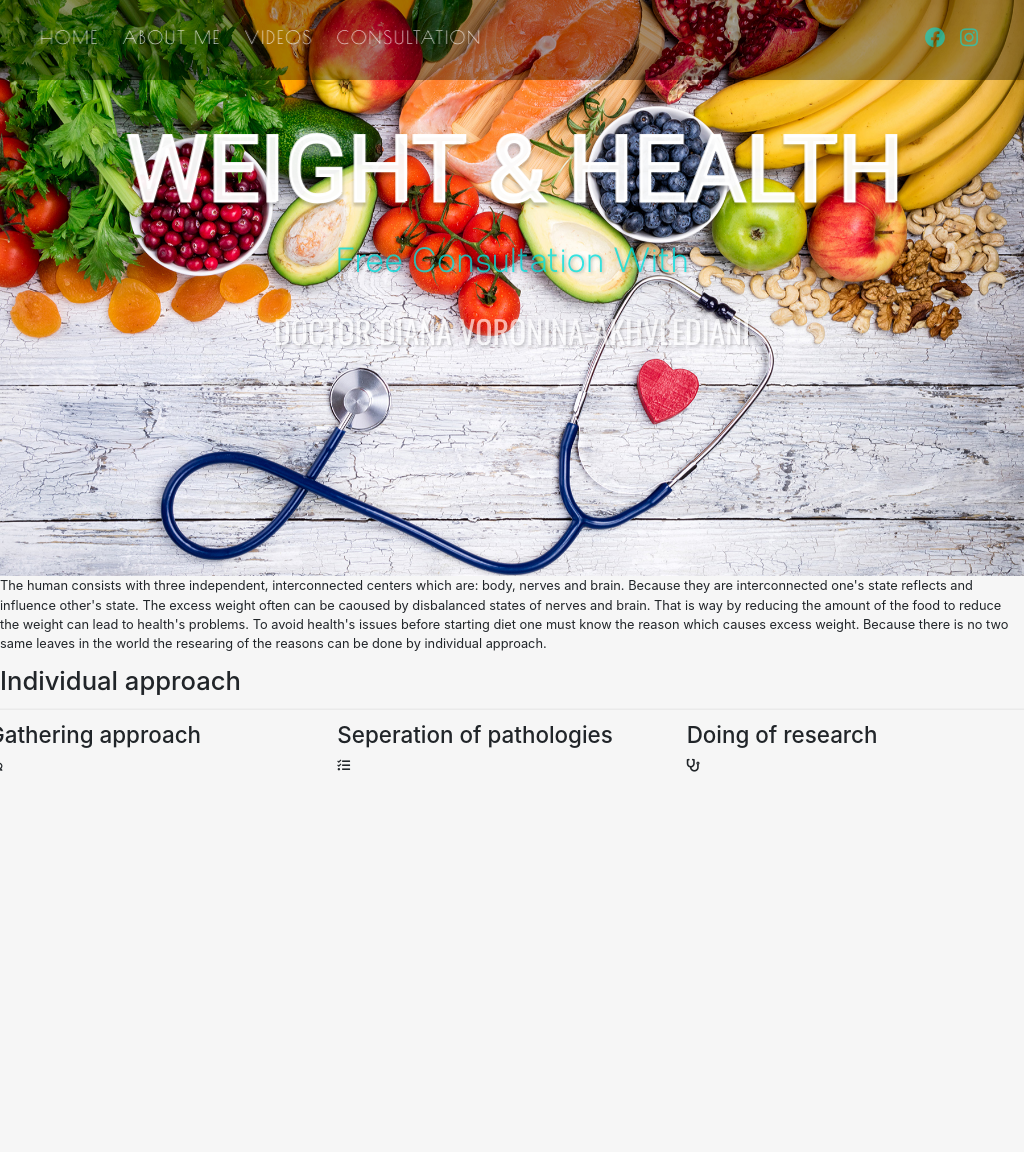
Repository: Aleksandre19/cv-ucmp
Page: index.html
The author's editor kept a record of every edit. The page is drawn from the files as they stood at one moment, then again after the next edit.
The browser window is 1280 px wide. The pictures show the whole page, at 80% of full size.
Backgrounds fixed to the window are drawn as part of the page. Some web libraries are served in a nearby version.

Above is the page before.

### index.html
<!DOCTYPE html>
<html lang="en">

<head>
    <meta charset="UTF-8">
    <meta name="viewport" content="width=device-width, initial-scale=1.0">
    <meta http-equiv="X-UA-Compatible" content="ie=edge">
    <link rel="stylesheet" href="https://stackpath.bootstrapcdn.com/bootstrap/4.4.1/css/bootstrap.min.css" integrity="sha384-Vkoo8x4CGsO3+Hhxv8T/Q5PaXtkKtu6ug5TOeNV6gBiFeWPGFN9MuhOf23Q9Ifjh" crossorigin="anonymous">
    <link rel="stylesheet" href="https://cdnjs.cloudflare.com/ajax/libs/hover.css/2.3.1/css/hover-min.css" type="text/css" />
    <link rel="stylesheet" href="https://cdnjs.cloudflare.com/ajax/libs/font-awesome/5.11.2/css/all.min.css" type="text/css" />
    <link rel="stylesheet" href="assets/css/style.css" type="text/css" />
    <title>Document</title>


</head>

<body>



    <!-- HEADER -->
    <header class="container-fluid header no-gutters">
        <div class="row menuSlWrapper">

            <!-- TOP MAIN MENU -->
            <div class="col-8 col-sm-9 col-md-10 top-menu-wrapper">
                <nav class="navbar navbar-expand-md navbar-light main-menu">
                    <button class="navbar-toggler purple darken-3" type="button" data-toggle="collapse" data-target="#mainMenuDropdown" aria-controls="mainMenuDropdown" aria-expanded="false" aria-label="Toggle navigation">
                        <span class="navbar-toggler-icon"></span>
                    </button>
                    <div class="collapse navbar-collapse" id="mainMenuDropdown">
                        <ul class="navbar-nav mr-auto  ">
                            <li class="navbar-item"><a href="#" class="hvr-float ">home</a></li>
                            <li class="navbar-item"><a href="#" class="hvr-float">about me</a></li>
                            <li class="navbar-item"><a href="#" class="hvr-float">videos</a></li>
                            <li class="navbar-item"><a href="#" class="hvr-float">consultation</a></li>
                        </ul>
                    </div>
                </nav>
            </div>
            <!-- / TOP MAIN MENU -->

            <!-- TOP SOCIAL LINKS -->
            <div class="col-4 col-sm-3 col-md-2 social-links">
                <div class="row">
                    <div class="sl-wrapper">
                        <a href="http://www.facebook.com" target="_blank"><i class="fab fa-facebook"></i></a>
                        <a href="http://www.instagram.com" target="_blank"><i class="fab fa-instagram"></i></a>
                    </div>
                </div>
            </div>
            <!-- /TOP SOCIAL LINKS -->

        </div>
    </header>
    <!-- /HEADER -->


    <section class="container-fluid sections ">
        <!-- Here goes background slideshow's images -->
        <div class="container-fluid slideshow">

            <!-- /Welcoming text animations's container-->
        </div>
    </section>
    <div class="text-container">
        <!-- Welcoming text animations's container-->
        <div id="wh-container">
            <!-- Weight & Health's svg file container  -->
            <!-- Weight & Health's svg file -->
            <svg id="logo" width="100%" height="97" viewBox="0 0 973 97" fill="none" xmlns="http://www.w3.org/2000/svg">
                        <g filter="url(#filter0_d)">
                            <path d="M31.1216 59.2261L32.6938 70.0073L34.9961 60.293L51.168 3.24219H60.2646L76.0435 60.293L78.2896 70.1758L80.0303 59.1699L92.7207 3.24219H103.558L83.7363 85H73.9097L57.064 25.4224L55.7725 19.1895L54.481 25.4224L37.0176 85H27.1909L7.42529 3.24219H18.2065L31.1216 59.2261Z" stroke="white" stroke-width="4" mask="url(#path-1-outside-1)"/>
                            <path d="M161.788 47.2095H126.356V76.1841H167.516V85H115.575V3.24219H166.954V12.1143H126.356V38.3936H161.788V47.2095Z" stroke="white" stroke-width="4" mask="url(#path-1-outside-1)"/>
                            <path d="M192.503 85H181.722V3.24219H192.503V85Z" stroke="white" stroke-width="4" mask="url(#path-1-outside-1)"/>
                            <path d="M272.633 74.2749C269.863 78.243 265.988 81.2191 261.009 83.2031C256.068 85.1497 250.303 86.123 243.714 86.123C237.051 86.123 231.136 84.5695 225.97 81.4624C220.804 78.3179 216.799 73.8631 213.954 68.0981C211.146 62.3332 209.705 55.651 209.63 48.0518V40.9204C209.63 28.6043 212.494 19.0584 218.221 12.2827C223.986 5.507 232.072 2.11914 242.479 2.11914C251.014 2.11914 257.883 4.30908 263.087 8.68896C268.29 13.0314 271.472 19.2082 272.633 27.2192H261.852C259.83 16.4006 253.391 10.9912 242.535 10.9912C235.31 10.9912 229.826 13.5368 226.083 18.6279C222.376 23.6816 220.505 31.0189 220.467 40.6396V47.3218C220.467 56.4933 222.564 63.7931 226.756 69.2212C230.949 74.6118 236.62 77.3071 243.771 77.3071C247.813 77.3071 251.351 76.8579 254.383 75.9595C257.416 75.061 259.924 73.5449 261.908 71.4111V53.0493H242.984V44.2896H272.633V74.2749Z" stroke="white" stroke-width="4" mask="url(#path-1-outside-1)"/>
                            <path d="M353.492 85H342.655V47.2095H301.439V85H290.658V3.24219H301.439V38.3936H342.655V3.24219H353.492V85Z" stroke="white" stroke-width="4" mask="url(#path-1-outside-1)"/>
                            <path d="M427.445 12.1143H401.166V85H390.44V12.1143H364.217V3.24219H427.445V12.1143Z" stroke="white" stroke-width="4" mask="url(#path-1-outside-1)"/>
                            <path d="M462.035 63.0444C462.035 59.1138 463.12 55.5013 465.292 52.207C467.5 48.9128 471.693 45.0757 477.87 40.6958C474.238 36.2785 471.805 32.7222 470.57 30.0269C469.334 27.3315 468.717 24.6549 468.717 21.9971C468.717 15.7829 470.551 10.9163 474.22 7.39746C477.888 3.87858 482.867 2.11914 489.156 2.11914C494.771 2.11914 499.413 3.76628 503.082 7.06055C506.751 10.3174 508.585 14.4352 508.585 19.4141C508.585 22.7083 507.743 25.7593 506.058 28.5669C504.411 31.3371 501.51 34.257 497.354 37.3267L491.346 41.7627L509.54 63.4937C512.085 58.6271 513.358 53.2178 513.358 47.2656H522.735C522.735 56.8115 520.433 64.729 515.829 71.0181L527.508 85H515.042L509.596 78.5425C506.826 81.0132 503.569 82.9036 499.825 84.2139C496.119 85.4867 492.338 86.123 488.482 86.123C480.509 86.123 474.107 84.008 469.278 79.7778C464.449 75.5477 462.035 69.9699 462.035 63.0444ZM488.482 77.644C493.985 77.644 499.02 75.5477 503.587 71.355L483.653 47.4902L481.8 48.8379C475.549 53.4424 472.423 58.1779 472.423 63.0444C472.423 67.4618 473.845 70.9993 476.69 73.6572C479.573 76.3151 483.504 77.644 488.482 77.644ZM479.105 21.6602C479.105 25.2539 481.314 29.7461 485.731 35.1367L492.357 30.4761C494.903 28.6792 496.643 26.9759 497.579 25.3662C498.515 23.7191 498.983 21.735 498.983 19.4141C498.983 16.9059 498.047 14.8283 496.175 13.1812C494.304 11.4966 491.945 10.6543 489.1 10.6543C486.03 10.6543 483.597 11.7025 481.8 13.7988C480.003 15.8577 479.105 18.4782 479.105 21.6602Z" stroke="white" stroke-width="4" mask="url(#path-1-outside-1)"/>
                            <path d="M628.751 85H617.914V47.2095H576.698V85H565.917V3.24219H576.698V38.3936H617.914V3.24219H628.751V85Z" stroke="white" stroke-width="4" mask="url(#path-1-outside-1)"/>
                            <path d="M694.112 47.2095H658.68V76.1841H699.84V85H647.899V3.24219H699.278V12.1143H658.68V38.3936H694.112V47.2095Z" stroke="white" stroke-width="4" mask="url(#path-1-outside-1)"/>
                            <path d="M758.407 63.6621H724.154L716.461 85H705.343L736.563 3.24219H745.997L777.274 85H766.212L758.407 63.6621ZM727.411 54.79H755.206L741.28 16.5503L727.411 54.79Z" stroke="white" stroke-width="4" mask="url(#path-1-outside-1)"/>
                            <path d="M799.117 76.1841H837.862V85H788.28V3.24219H799.117V76.1841Z" stroke="white" stroke-width="4" mask="url(#path-1-outside-1)"/>
                            <path d="M891.151 12.1143H864.872V85H854.146V12.1143H827.923V3.24219H891.151V12.1143Z" stroke="white" stroke-width="4" mask="url(#path-1-outside-1)"/>
                            <path d="M966.114 85H955.277V47.2095H914.061V85H903.28V3.24219H914.061V38.3936H955.277V3.24219H966.114V85Z" stroke="white" stroke-width="4" mask="url(#path-1-outside-1)"/>
                        </g>
                        <defs>
                            <filter id="filter0_d" x="0.884155" y="0.119141" width="971.23" height="96.0039" filterUnits="userSpaceOnUse" color-interpolation-filters="sRGB">
                                <feFlood flood-opacity="0" result="BackgroundImageFix"/>
                                <feColorMatrix in="SourceAlpha" type="matrix" values="0 0 0 0 0 0 0 0 0 0 0 0 0 0 0 0 0 0 127 0"/>
                                <feOffset dy="4"/>
                                <feGaussianBlur stdDeviation="2"/>
                                <feColorMatrix type="matrix" values="0 0 0 0 0 0 0 0 0 0 0 0 0 0 0 0 0 0 0.20 0"/>
                                <feBlend mode="normal" in2="BackgroundImageFix" result="effect1_dropShadow"/>
                                <feBlend mode="normal" in="SourceGraphic" in2="effect1_dropShadow" result="shape"/>
                            </filter>
                        </defs>
                    </svg>
            <!-- /Weight & Health's svg file -->
            <span class="sr-only"> Weight & Health </span>
            <!-- Span for screen reader -->
        </div>
        <!-- Weight & Health's svg file container  -->

        <!-- Consultation section -->
        <div id="free-consultation-text">
            <h1>Free Consultation With </h1>
        </div>
        <!-- /Consultation section -->

        <!-- Diana's section -->
        <div id="diana">
            <h2>
                Doctor Diana Voronina-Akhvlediani
            </h2>
        </div>
        <!--/ Diana's section -->

        <p><button class="btn btn-lg btn-signUp" data-toggle="modal" data-target="#signUpModal">Sign Up</button></p>
        <!-- Sing up button -->

    </div>


    <!-- Individual approach section-->
    <section class="sections">

        <article class="description">
            <p>
                The human consists with three independent, interconnected centers which are: body, nerves and brain.
                Because they are interconnected one's state reflects and influence other's state.
                The excess weight often can be caoused by disbalanced states of nerves and brain.
                That is way by reducing the amount of the food to reduce the weight can lead to health's problems.
                To avoid health's issues before starting diet one must know the reason which causes excess weight.
                Because there is no two same leaves in the world the researing of the reasons can be done by individual approach.
            </p>

            <h2 class="section-title individual-title">
                Individual approach
                <hr class="section-title-underline individual-title-underline">
            </h2>
        </article>
        <div class="container-fluid approach-steps-wrapper">
            <div class="row">
                <div class="col-sm-4 approach-steps gathering-information">
                    <div class="row">
                        <article>
                            <h3 class="steps-title gathering-title">
                                Gathering approach
                            </h3>
                            <i class="far fa-comments"></i>
                            <p class="steps-text gathering-text">

                            </p>
                        </article>
                    </div>
                </div>

                <div class="col-sm-4 approach-steps separation">
                    <div class="row">
                        <article>
                            <h3 class="steps-title separation-title">
                                Seperation of pathologies
                            </h3>
                            <i class="fas fa-tasks"></i>
                            <p class="steps-text separation-text">

                            </p>
                        </article>
                    </div>
                </div>

                <div class="col-sm-4 approach-steps research">
                    <div class="row">
                        <article>
                            <h3 class="steps-title research-title">
                                Doing of research
                            </h3>
                            <i class="fas fa-stethoscope"></i>
                            <p class="steps-text research-text">

                            </p>
                        </article>
                    </div>
                </div>
            </div>
        </div>

    </section>
    <!-- /Individual approach section-->


    <!-- About Me section-->
    <section>

    </section>
    <!-- /About Me section-->


    <!-- Videos section-->
    <section>

    </section>
    <!-- /Videos section-->


    <!-- Feedbacks section-->
    <section>

    </section>
    <!-- /Feedbacks section-->


    <!-- Consultation's section-->
    <section>

    </section>
    <!-- /Consultation's section-->


    <!-- footer section -->
    <footer>

    </footer>
    <!-- /footer section -->

    <!-- / All site wrapper div -->

    <!-- Sign up pop up -->
    <div id="modalContainer">
        <div class="modal" tabindex="-1" role="dialog" id="signUpModal">
            <div class="modal-dialog" role="document">
                <div class="modal-content">
                    <div class="modal-header">

                        <h3>
                            For more information please fill the from below and i will reach you within 24 hours.
                        </h3>

                        <button type="button" class="close" data-dismiss="modal" aria-label="Close">
                              <span aria-hidden="true">&times;</span>
                        </button>
                    </div>
                    <div class="modal-body">
                        <form>
                            <div class="form-group">
                                <label for="formGroupExampleInput">Example label</label>
                                <input type="text" class="form-control" id="formGroupExampleInput">
                            </div>
                            <div class="form-group">
                                <label for="exampleInputEmail1">Email address</label>
                                <input type="email" class="form-control" id="exampleInputEmail1" aria-describedby="emailHelp">
                                <small id="emailHelp" class="form-text text-muted">I'll never share your email with anyone else.</small>
                            </div>
                            <div class="form-group">
                                <label for="exampleFormControlTextarea1">Example textarea</label>
                                <textarea class="form-control" id="exampleFormControlTextarea1" rows="3"></textarea>
                            </div>
                            <div class="btn-moddal-wrapper">
                                <button type="submit" class="btn btn-modal">SEND</button>
                                </p>
                        </form>

                        </div>
                    </div>
                </div>
            </div>
            <!-- /Sign up pop up -->

            <!-- Bootstrap's javascript links-->
            <script src="https://code.jquery.com/jquery-3.4.1.slim.min.js" integrity="sha384-J6qa4849blE2+poT4WnyKhv5vZF5SrPo0iEjwBvKU7imGFAV0wwj1yYfoRSJoZ+n" crossorigin="anonymous"></script>
            <script src="https://cdn.jsdelivr.net/npm/popper.js@1.16.0/dist/umd/popper.min.js" integrity="sha384-Q6E9RHvbIyZFJoft+2mJbHaEWldlvI9IOYy5n3zV9zzTtmI3UksdQRVvoxMfooAo" crossorigin="anonymous"></script>
            <script src="https://stackpath.bootstrapcdn.com/bootstrap/4.4.1/js/bootstrap.min.js" integrity="sha384-wfSDF2E50Y2D1uUdj0O3uMBJnjuUD4Ih7YwaYd1iqfktj0Uod8GCExl3Og8ifwB6" crossorigin="anonymous"></script>
            <!-- /Bootstrap's javascript links-->
</body>

</html>

Loaded but not shown: assets/css/style.css (1097 lines, source omitted)

After the next edit:
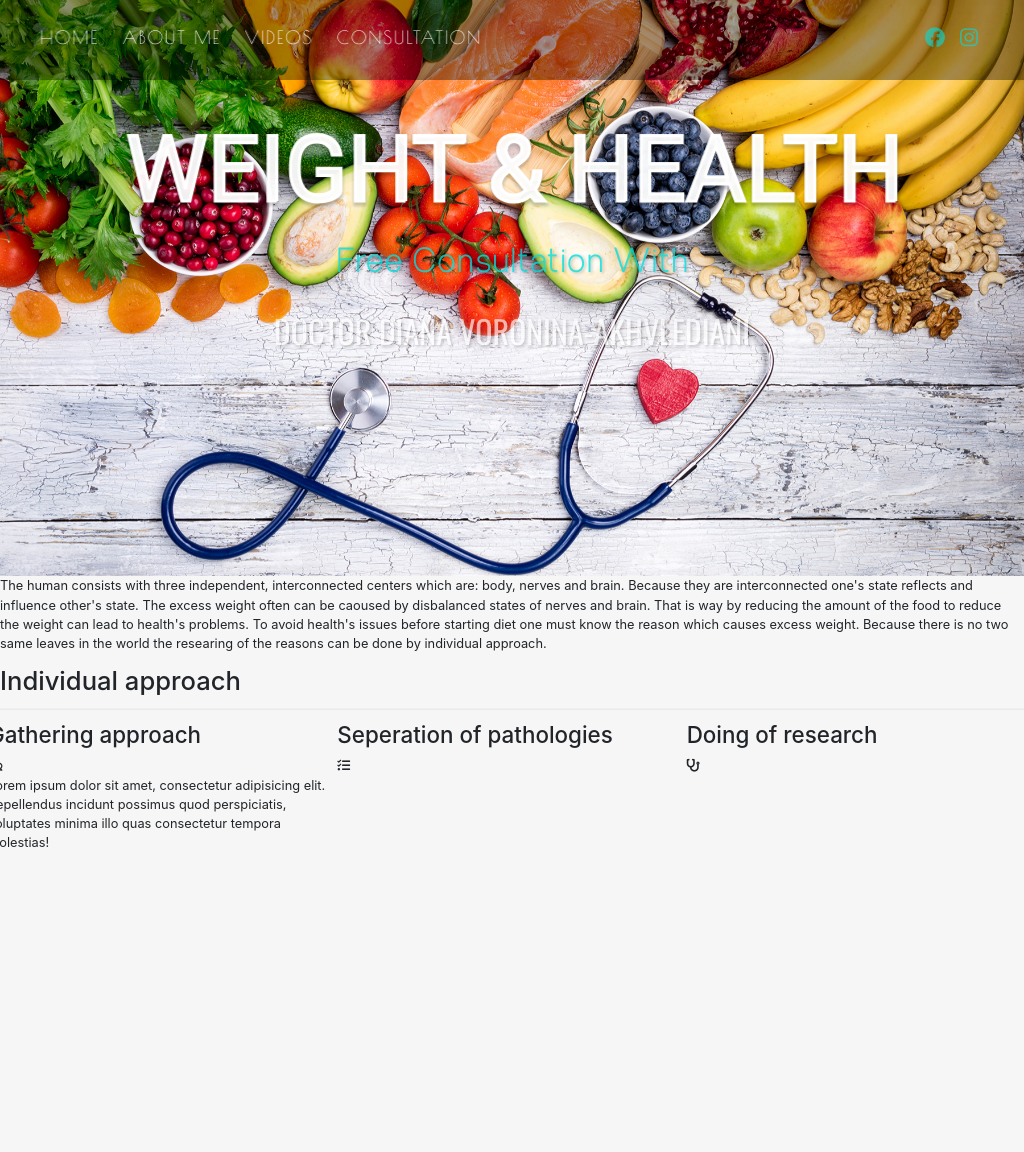
The edit:
--- a/index.html
+++ b/index.html
@@ -150,6 +150,11 @@
                             </h3>
                             <i class="far fa-comments"></i>
                             <p class="steps-text gathering-text">
+                                Lorem ipsum dolor sit amet,
+                                consectetur adipisicing elit.
+                                Repellendus incidunt possimus quod
+                                perspiciatis, voluptates minima illo quas
+                                consectetur tempora molestias!
 
                             </p>
                         </article>
